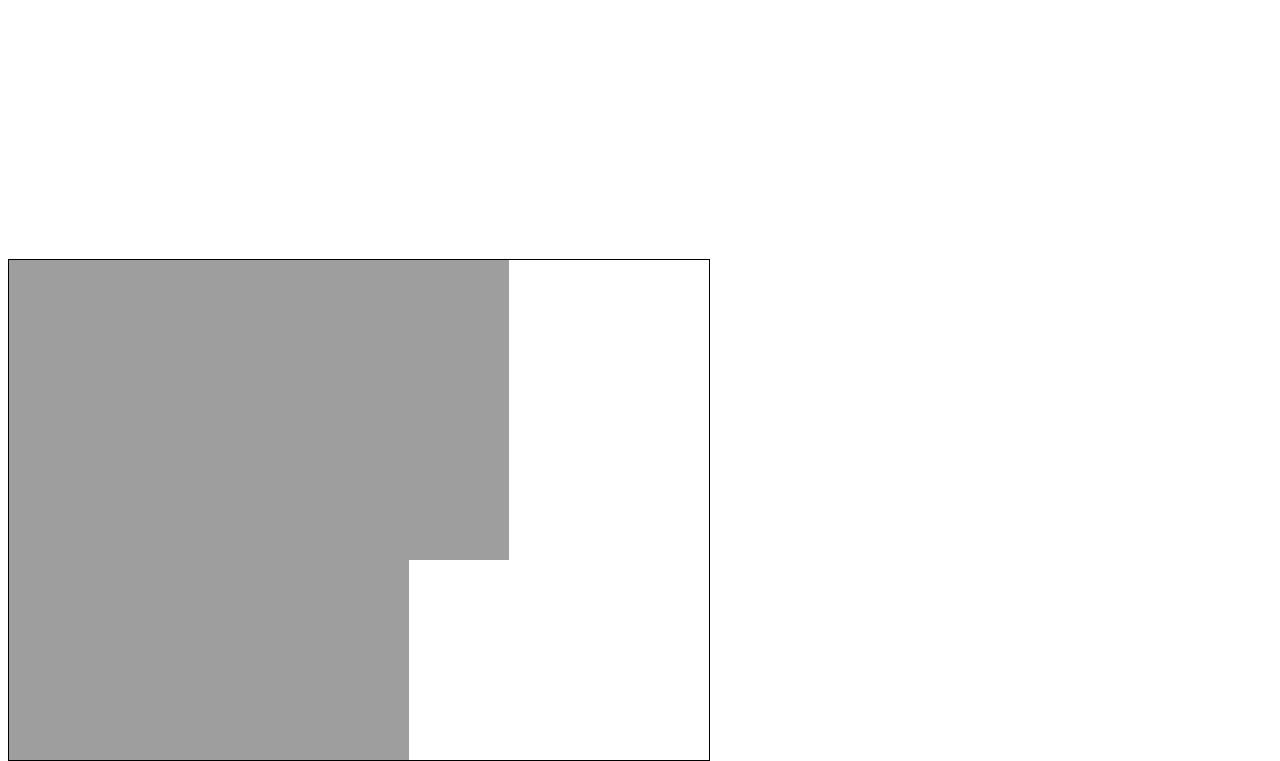
Repository: Tranduchieu2002/FlappyBird
Page: Flappy.html
These files come from the project's save history. The page is drawn as it stood at one moment and after the next save; the edit follows.
The browser window is 1280 px wide. The pictures show the whole page.

Above is the page before, as saved 2021-09-14 14:59:08.

### Flappy.html
<!DOCTYPE html>
<html lang="en">
<head>
   <meta charset="UTF-8">
   <meta http-equiv="X-UA-Compatible" content="IE=edge">
   <meta name="viewport" content="width=device-width, initial-scale=1.0">
   <title>Document</title>
   <style>
      canvas  {
         border: 1px solid;
         transform: translateY(50%)
      }
   </style>
</head>
<body>
   <canvas id="canvas" width="700px" height="500px">

   </canvas>
   <script src="index.js"></script>
</body>
</html>

### index.js
const cvs = document.querySelector("canvas");
const ctx = cvs.getContext("2d");
var bird = new Image();
var bg = new Image();
let fg = new Image();
let pipeSouth = new Image();
let pipeNorth = new Image();
console.log(pipeNorth.length, pipeSouth.length);
fg.src = "https://raw.githubusercontent.com/CodeExplainedRepo/FlappyBird-JavaScript/master/images/fg.png"
pipeNorth.src =
  "https://raw.githubusercontent.com/CodeExplainedRepo/FlappyBird-JavaScript/master/images/pipeNorth.png";
pipeSouth.src =
  "https://raw.githubusercontent.com/CodeExplainedRepo/FlappyBird-JavaScript/master/images/pipeSouth.png";
bird.src =
  "https://e7.pngegg.com/pngimages/328/754/png-clipart-flappy-bird-blue-minecraft-bird-flappy-bird-bird.png";
bg.src =
  "https://user-images.githubusercontent.com/18351809/46888871-624a3900-ce7f-11e8-808e-99fd90c8a3f4.png";
(function draw() {
  const fh = 50;
  const hC = cvs.height;
  let Bx = 50;
  let By = 50;
  let hPassForCg = 7 * fh;
  ctx.drawImage(pipeNorth,100,0)
  ctx.drawImage(bg, 0, 0);
  ctx.drawImage(bird, 0, 0, 50, 50);
  ctx.drawImage(fg,0,hC-fg.height)
  requestAnimationFrame(draw);
})();

After the next save:
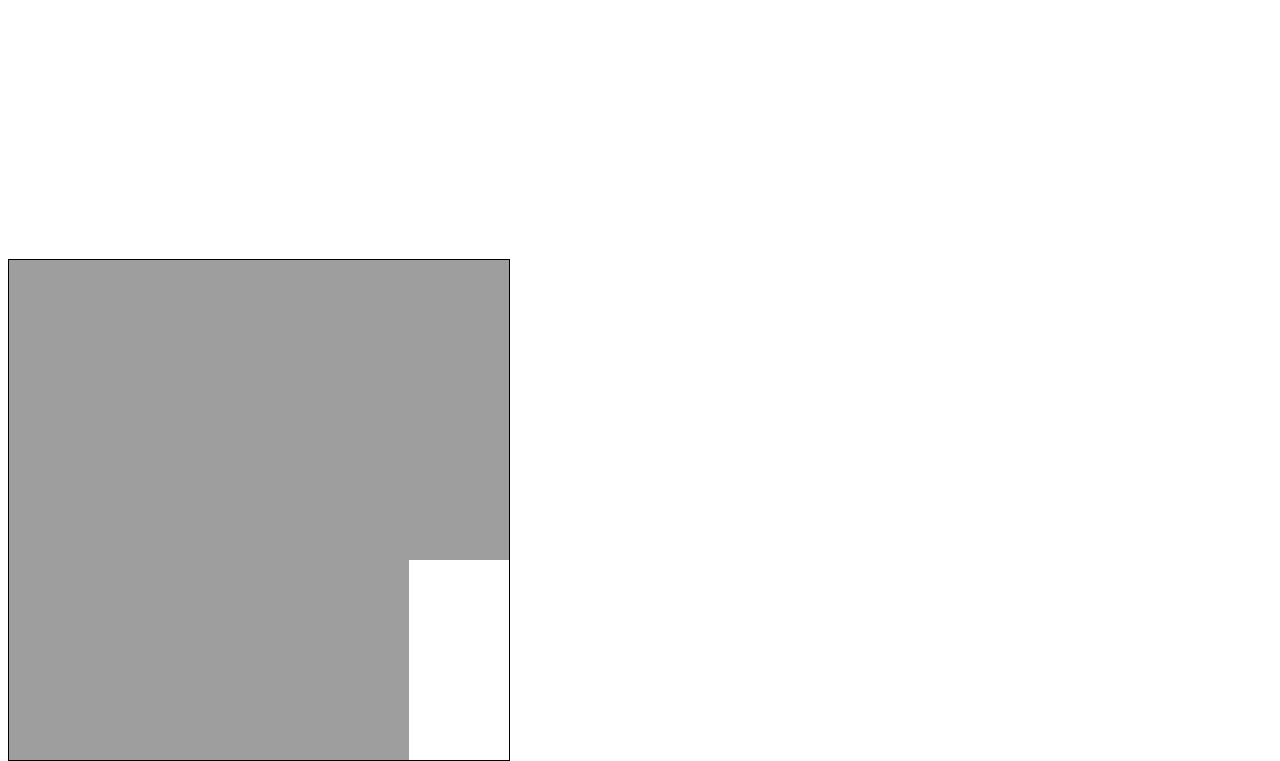
Saved 53 s later.
--- a/Flappy.html
+++ b/Flappy.html
@@ -13,7 +13,7 @@
    </style>
 </head>
 <body>
-   <canvas id="canvas" width="700px" height="500px">
+   <canvas id="canvas" width="500px" height="500px">
 
    </canvas>
    <script src="index.js"></script>
